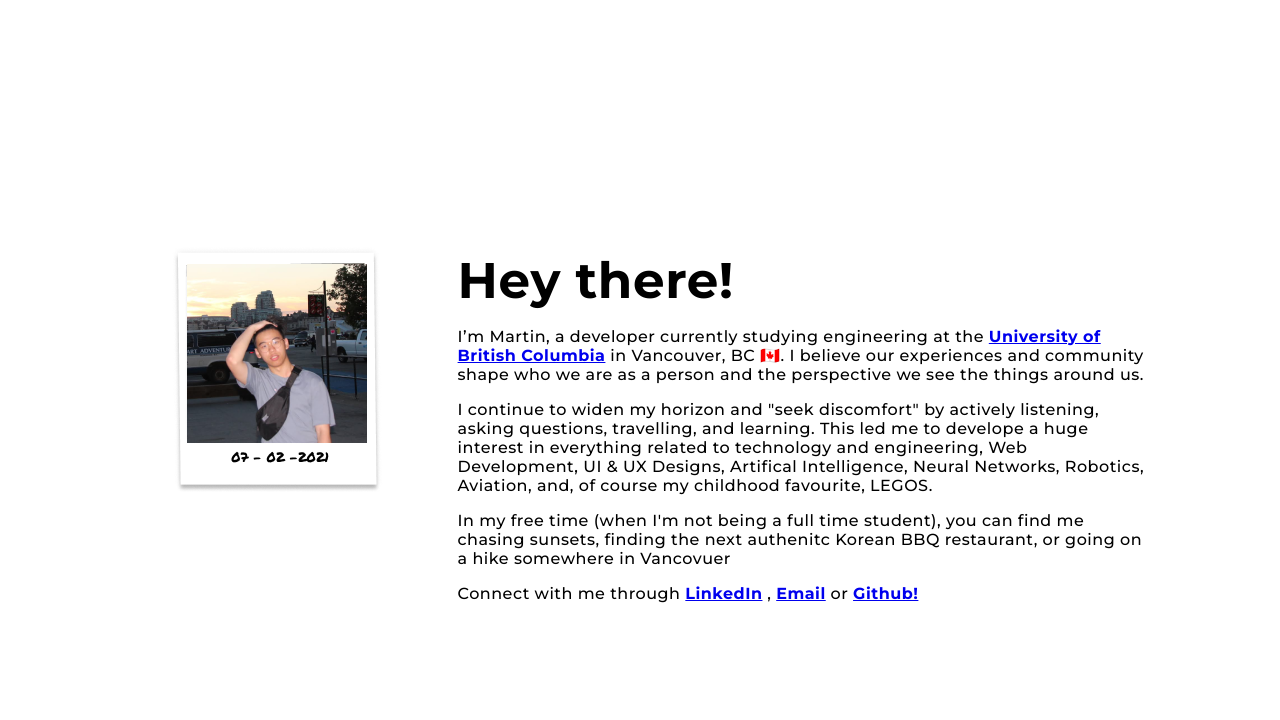
Repository: TangMartin/martintang
Page: pages/aboutme.html
The author's editor kept a copy of each file at every save. The page is drawn from the files as they stood at one save, then again after the next save.
The browser window is 1280 px wide. The pictures show the whole page.

Above is the page before, as saved 2021-11-25 00:58:38.

After the next save:
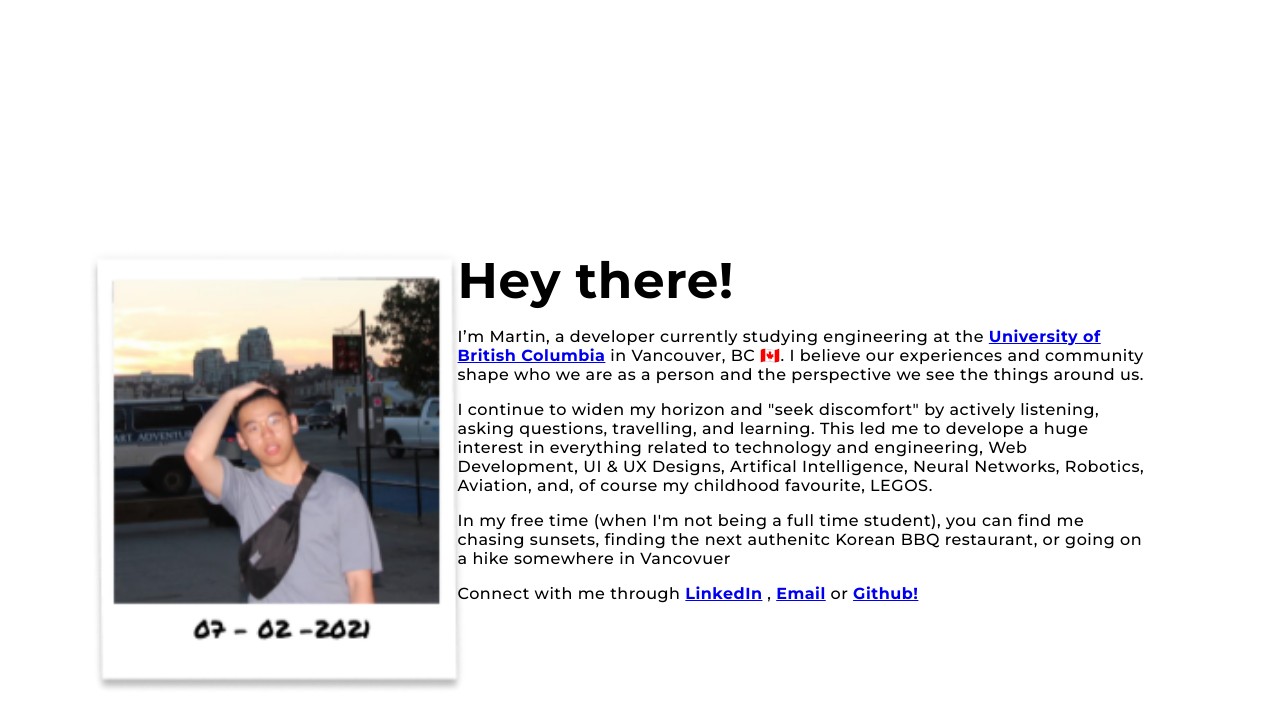
Saved 7 s later.
--- a/styles/style.css
+++ b/styles/style.css
@@ -167,7 +167,7 @@ h3 {
 /* ABOUT ME */
 .aboutme_image {
     max-width: auto;
-    height: 1000;
+    height: 120%;
     justify-content: center;
     opacity: 0;
 	animation: fadeIn;
